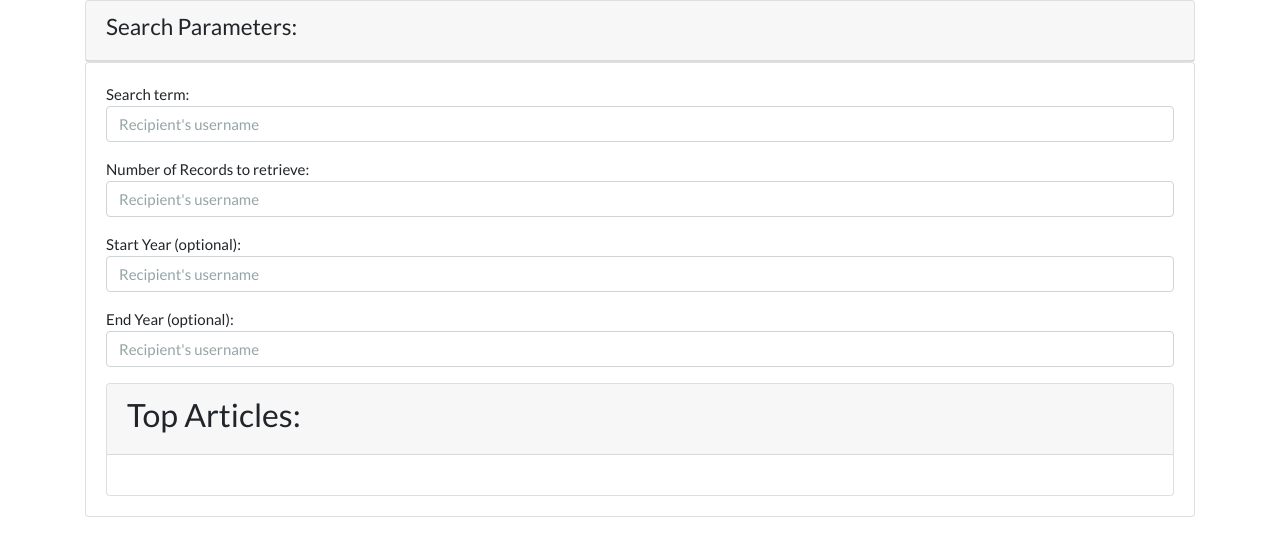
Repository: broganneagle/NYTSearch
Page: index.html
These files come from the project's save history. The page is drawn as it stood at one moment and after the next save; the edit follows.
The browser window is 1280 px wide. The pictures show the whole page.
Some web libraries are served in a nearby version.

Above is the page before, as saved 2020-06-26 13:53:34.

### index.html
<!DOCTYPE html>
<html lang="en">

<head>
    <meta charset="UTF-8">
    <meta name="viewport" content="width=device-width, initial-scale=1.0">
    <title>NYT Search</title>
    <link rel="stylesheet" href="https://stackpath.bootstrapcdn.com/bootstrap/4.3.1/css/bootstrap.min.css" />
    <link href="https://stackpath.bootstrapcdn.com/bootswatch/4.5.0/flatly/bootstrap.min.css" rel="stylesheet"
        integrity="sha384-mhpbKVUOPCSocLzx2ElRISIORFRwr1ZbO9bAlowgM5kO7hnpRBe+brVj8NNPUiFs" crossorigin="anonymous">
</head>

<body>
    <div class=container>
        <div class="card">
            <div class="card-header">
                <h4>Search Parameters:</h4>
            </div>
        </div>
        <div class="card">
            <div class="card-body">
                Search term:
                <div class="input-group mb-3">
                    <input type="text" class="form-control" placeholder="Recipient's username"
                        aria-label="Recipient's username" aria-describedby="button-addon2">
                </div>

                Number of Records to retrieve:
                <div class="input-group mb-3">

                    <input type="text" class="form-control" placeholder="Recipient's username"
                        aria-label="Recipient's username" aria-describedby="button-addon2">
                </div>

                Start Year (optional):
                <div class="input-group mb-3">
                    <input type="text" class="form-control" placeholder="Recipient's username"
                        aria-label="Recipient's username" aria-describedby="button-addon2">
                </div>

                End Year (optional):
                <div class="input-group mb-3">
                    <input type="text" class="form-control" placeholder="Recipient's username"
                        aria-label="Recipient's username" aria-describedby="button-addon2">
                </div>
                <div class="card">
                    <div class="card-header">
                        <h3>Top Articles:</h3>
                    </div>
                    <div class="card-body">
                    </div>
                </div>
            </div>

</body>

</html>

After the next save:
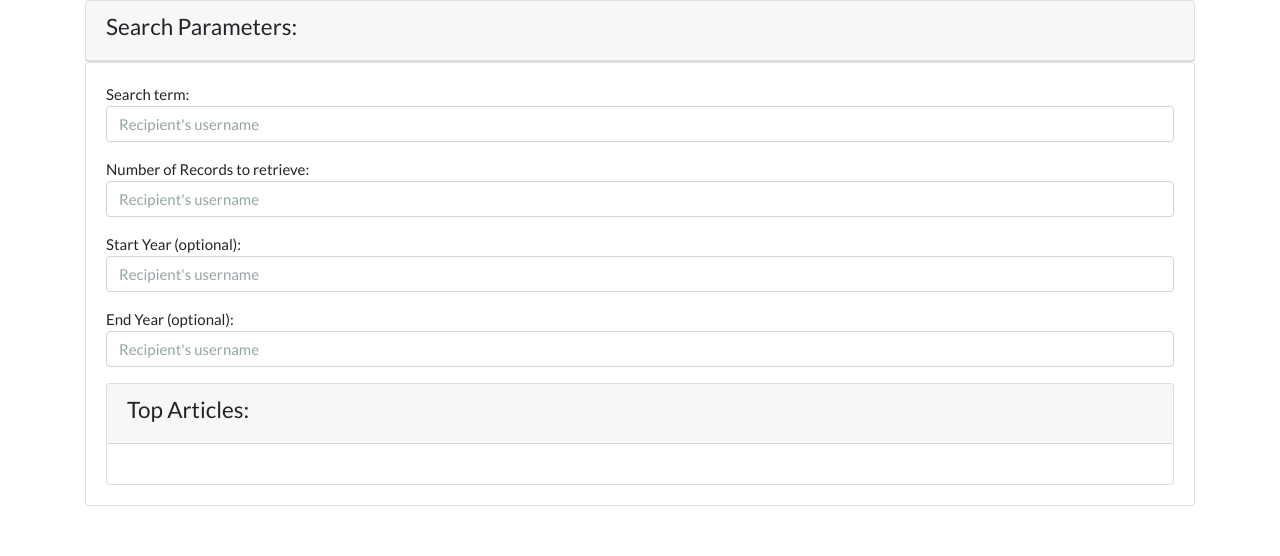
Saved 14 s later.
--- a/index.html
+++ b/index.html
@@ -45,7 +45,7 @@
                 </div>
                 <div class="card">
                     <div class="card-header">
-                        <h3>Top Articles:</h3>
+                        <h4>Top Articles:</h4>
                     </div>
                     <div class="card-body">
                     </div>
